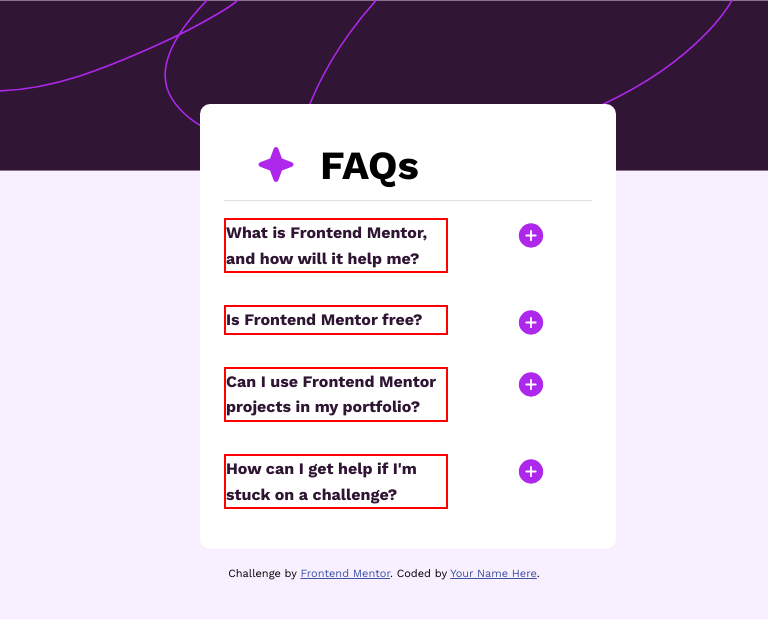
Repository: imokha01/accordion-main
Page: index.html
These files come from the project's save history. The page is drawn as it stood at one moment and after a run of saves; the edit follows.
The browser window is 768 px wide. The pictures show the whole page.

Above is the page before, as saved 2023-12-26 11:18:27.

After the next 4 saves:
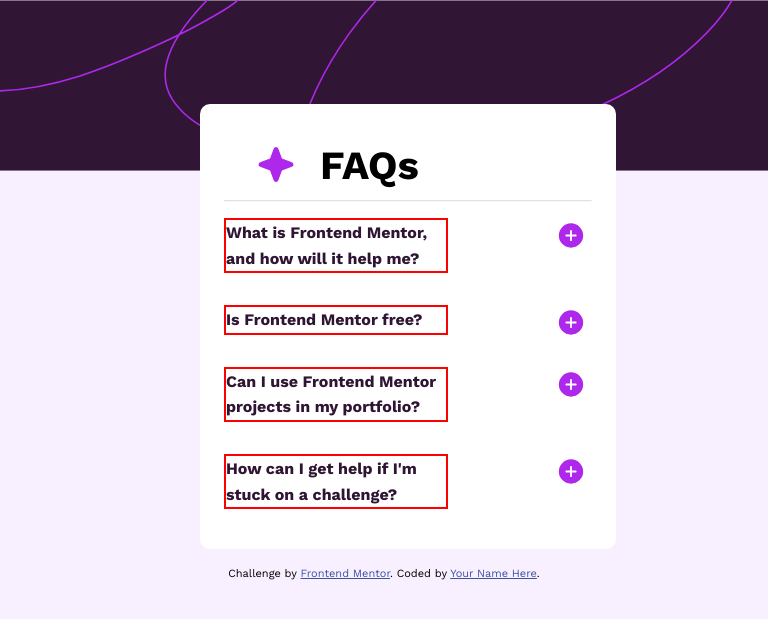
The 4 saves are shown as one change because they came seconds apart.
The last was saved 17 s later.
--- a/index.css
+++ b/index.css
@@ -148,7 +148,7 @@
 
     .title::after,
     .active::after {
-        right: -100px
+        right: -140px
     }
 
     .para {
